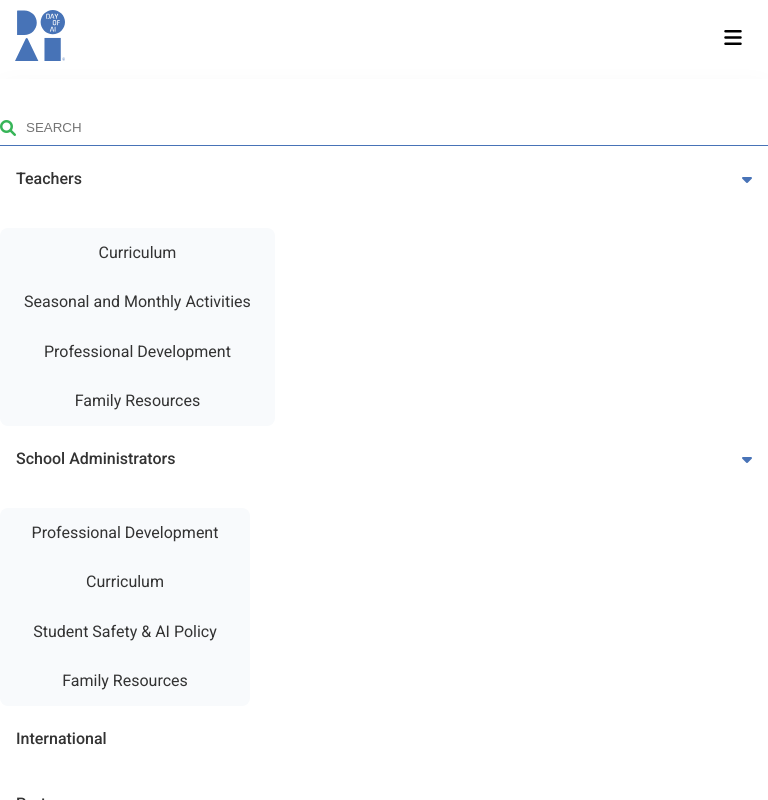
Repository: dinhtri123/dayofai
Page: index.html
These files come from the project's save history. The page is drawn as it stood at one moment and after the next save; the edit follows.
The browser window is 768 px wide. The pictures show the window.
A layer covers the whole window, so only the first screen is drawn. Some web fonts or font styles are not loaded; a fallback is used.

Above is the page before, as saved 2025-06-28 16:59:17.

### index.html
<!DOCTYPE html>
<html lang="en">

<head>
  <meta charset="UTF-8">
  <meta name="viewport" content="width=device-width, initial-scale=1.0">
  <title>Day of AI - AI is for everyone</title>
  <link rel="stylesheet" href="styles.css">
  <link rel="preconnect" href="https://fonts.googleapis.com">
  <link rel="preconnect" href="https://fonts.gstatic.com" crossorigin>
  <link href="https://fonts.googleapis.com/css2?family=Gugi&family=Roboto:ital,wght@0,100..900;1,100..900&display=swap" rel="stylesheet">
  <link rel="stylesheet" href="https://cdnjs.cloudflare.com/ajax/libs/font-awesome/6.0.0/css/all.min.css">
</head>

<body>
  <!-- Header -->
  <header class="header">
    <nav class="navbar container">
      <div class="nav-container">
        <div class="nav-logo">
          <img src="./images/logo.svg" alt="Day of AI Logo">
        </div>

        <div class="header-main">
          <div class="header-search">
            <i class="fa-solid fa-magnifying-glass"></i>
            <input type="search" name="search" id="search" placeholder="SEARCH">
          </div>
          <div class="header-menu">
            <ul class="nav-menu">
              <li class="nav-item dropdown">
                <a href="#" class="nav-link">Teachers <i class="fa-solid fa-caret-down"></i></a>
                <ul class="dropdown-menu">
                  <li><a href="#">Curriculum</a></li>
                  <li><a href="#">Seasonal and Monthly Activities</a></li>
                  <li><a href="#">Professional Development</a></li>
                  <li><a href="#">Family Resources</a></li>
                </ul>
              </li>
              <li class="nav-item dropdown">
                <a href="#" class="nav-link">School Administrators <i class="fa-solid fa-caret-down"></i></a>
                <ul class="dropdown-menu">
                  <li><a href="#">Professional Development</a></li>
                  <li><a href="#">Curriculum</a></li>
                  <li><a href="#">Student Safety & AI Policy</a></li>
                  <li><a href="#">Family Resources</a></li>
                </ul>
              </li>
              <li class="nav-item">
                <a href="#" class="nav-link">International</a>
              </li>
              <li class="nav-item">
                <a href="#" class="nav-link">Partners</a>
              </li>
              <li class="nav-item dropdown">
                <a href="#" class="nav-link">About Us <i class="fa-solid fa-caret-down"></i></a>
                <ul class="dropdown-menu">
                  <li><a href="#">Our Team</a></li>
                  <li><a href="#">Our Story</a></li>
                  <li><a href="#">FAQ</a></li>
                  <li><a href="#">News & Impact</a></li>
                </ul>
              </li>
              <li class="nav-item">
                <a href="#" class="nav-link">Contact Us</a>
              </li>
            </ul>
            <div class="nav-buttons">
              <button class="btn btn-primary">Register</button>
            </div>
          </div>
        </div>


        <div class="hamburger">
          <span class="icon-menu">
            <i class="fa-solid fa-bars"></i>
          </span>
          <span class="icon-close">
            <i class="fa-solid fa-xmark"></i>
          </span>
        </div>
      </div>
    </nav>
  </header>

  <!-- Hero Section -->
  <section class="hero">
    <div class="container">
      <div class="hero-content">
        <h1 class="hero-title">AI is for everyone.</h1>
        <p class="hero-subtitle">Empower your school and your students to thrive in a world of AI!</p>
        <div class="hero-banner">
          <div class="banner-content">
            <h3>Day of AI + Common Sense Media Have Teamed Up for Families!</h3>
            <button class="btn btn-primary">Learn More</button>
          </div>
        </div>
      </div>
    </div>
  </section>

  <!-- Main Content Section -->
  <section class="main-content">
    <div class="container">
      <div class="content-grid">
        <div class="content-item">
          <h2>Day of AI isn't just one day</h2>
          <p>—it's your day to explore AI whenever it fits your schedule! Whether a single lesson or a full event, Day
            of AI can be run at your school over a day, week, month, or year. Feel free to contact us to help you decide
            how to bring AI literacy to your students!</p>
        </div>

        <div class="content-item">
          <h2>We work with schools and school districts to:</h2>
          <div class="services-grid">
            <div class="service-card">
              <h3>Create AI literacy programs for all school stakeholders, including students, teachers, administrators,
                and families.</h3>
            </div>
            <div class="service-card">
              <h3>Train and educate teachers on how to use AI and AI-enabled tools to support their work.</h3>
            </div>
            <div class="service-card">
              <h3>Ensure student safety by developing responsible and equitable AI policies in their school.</h3>
            </div>
          </div>
        </div>
      </div>
    </div>
  </section>

  <!-- Features Section -->
  <section class="features">
    <div class="container">
      <div class="features-grid">
        <div class="feature-card">
          <div class="feature-icon">
            <i class="fas fa-book"></i>
          </div>
          <h3>Curriculum</h3>
          <p>We provide an extensive set of hands-on freely available AI literacy curriculum for K12 students of all
            backgrounds and abilities.</p>
        </div>

        <div class="feature-card">
          <div class="feature-icon">
            <i class="fas fa-graduation-cap"></i>
          </div>
          <h3>Professional Development</h3>
          <p>We offer a number of professional development opportunities for teachers and schools interested in learning
            more about using AI and basic AI literacy for their various constituents.</p>
        </div>

        <div class="feature-card">
          <div class="feature-icon">
            <i class="fas fa-shield-alt"></i>
          </div>
          <h3>Student Safety and AI Policy</h3>
          <p>We work with schools and school districts in providing guidance on developing appropriate AI policies
            customized for specific school needs and families.</p>
        </div>
      </div>
    </div>
  </section>

  <!-- About Section -->
  <section class="about">
    <div class="container">
      <div class="about-content">
        <h2>Our Story</h2>
        <p>Day of AI brings free and open-source AI tools, curriculum, assessments, and teacher professional development
          materials developed by MIT RAISE to students and educators everywhere.</p>

        <div class="mit-section">
          <h3>Powered by MIT RAISE</h3>
          <p>Day of AI was born at MIT in June 2021. Led by a team of faculty and research scientists at MIT
            RAISE…..(more)</p>
        </div>

        <div class="partners-section">
          <h3>Our Collaborators and Partners</h3>
          <div class="partners-grid">
            <div class="partner-logo">Partner 1</div>
            <div class="partner-logo">Partner 2</div>
            <div class="partner-logo">Partner 3</div>
            <div class="partner-logo">Partner 4</div>
          </div>
        </div>
      </div>
    </div>
  </section>

  <!-- CTA Section -->
  <section class="cta">
    <div class="container">
      <div class="cta-content">
        <h2>Bring Day of AI to Your School or School District</h2>
        <div class="cta-buttons">
          <button class="btn btn-primary">Register</button>
          <button class="btn btn-secondary">Learn More</button>
        </div>
      </div>
    </div>
  </section>

  <!-- Footer -->
  <footer class="footer">
    <div class="container">
      <div class="footer-content">
        <div class="footer-section">
          <p>&copy; 2025, Day of AI. All Rights Reserved.</p>
          <div class="footer-links">
            <a href="#">Privacy Policy</a>
            <a href="#">Accessibility</a>
            <a href="#">Terms of Use</a>
            <a href="#">Boston Web Design</a>
          </div>
        </div>

        <div class="footer-legal">
          <p>Unless stated otherwise, the DAY OF AI curriculum is licensed under a Creative Commons
            Attribution-NonCommercial-ShareAlike 4.0 International License (the "DAY OF AI Creative Commons license").
            The DAY OF AI Creative Commons license does not include a license to use the trademarks and service marks,
            DAY OF AI, DAY OF AI (and Design), the DAY OF AI logo, MASSACHUSETTS INSTITUTE OF TECHNOLOGY, MIT, the MIT
            logo, MIT RAISE, RAISE, or any other trademarks, service marks, or other intellectual property, owned by, or
            associated with, Massachusetts Institute of Technology, and such use is expressly excluded. DAY OF AI, DAY
            OF AI (and Design), and the DAY OF AI logo are trademarks and service marks of MASSACHUSETTS INSTITUTE OF
            TECHNOLOGY. All rights are reserved.</p>
        </div>

        <div class="footer-translate">
          <button class="translate-btn">Translate »</button>
        </div>
      </div>
    </div>
  </footer>

  <script src="script.js"></script>
</body>

</html>

### styles.css
:root {
  --font-family: "Roboto", sans-serif;
  --font-secondary: "Gugi", cursive;
  --color-primary: #4873b7;
  --color-secondary: #37b558;
  --color-third: #f26739;
}
* {
  margin: 0;
  padding: 0;
  box-sizing: border-box;
}

body {
  font-family: var(--font-family);
  line-height: 1.6;
  color: #333;
  overflow-x: hidden;
}

.container {
  max-width: 1170px;
  margin: 0 auto;
  padding: 0 15px;
}

/* Header Styles */
.header {
  background: #fff;
  box-shadow: 0 2px 10px rgba(0, 0, 0, 0.1);
  position: fixed;
  top: 0;
  width: 100%;
  z-index: 1000;
}
.header-main {
  display: flex;
  flex-direction: column;
  flex: 1;
}
.header-search {
  display: flex;
  align-items: center;
  justify-content: end;
  border-bottom: 1px solid var(--color-primary);
  height: 35px;
}
.header-search input {
  border: none;
  outline: none;
  width: 100px;
  max-width: 300px;
  height: 100%;
  padding: 0 10px;
  transition: width 1s linear;
}
.header-search i {
  color: var(--color-secondary);
}

.navbar {
  padding: 10px 15px;
}

.nav-container {
  display: flex;
  justify-content: space-between;
  align-items: center;
}
.nav-logo {
  max-width: 160px;
  width: 100%;
  height: auto;
}

.nav-logo img {
  max-width: 90px;
  width: 100%;
  height: auto;
}

.header-menu {
  display: flex;
  align-items: center;
  justify-content: end;
  flex-wrap: wrap;
}
.nav-menu {
  display: flex;
  list-style: none;
  align-items: center;
}

.nav-item {
  position: relative;
}

.nav-link {
  text-decoration: none;
  color: #333;
  font-weight: 500;
  padding: 20px 16px;
  transition: color 0.3s ease;
  display: flex;
  align-items: center;
  gap: 5px;
}

.nav-link:hover {
  color: #2563eb;
}
.nav-link i {
  color: var(--color-primary);
}

.dropdown-menu {
  position: absolute;
  top: 100%;
  left: 0;
  background: #fff;
  box-shadow: 0 4px 20px rgba(0, 0, 0, 0.15);
  border-radius: 8px;
  min-width: 250px;
  width: max-content;
  opacity: 0;
  visibility: hidden;
  transform: translateY(-10px);
  transition: all 0.3s ease;
  list-style: none;
  overflow: hidden;
}

.dropdown:hover .dropdown-menu {
  opacity: 1;
  visibility: visible;
  transform: translateY(0);
}

.dropdown-menu li a {
  display: block;
  padding: 0.75rem 1.5rem;
  color: #333;
  text-decoration: none;
  transition: background-color 0.2s ease;
}

.dropdown-menu li a:hover {
  background-color: var(--color-primary);
  color: #fff;
}

.btn {
  display: flex;
  align-items: center;
  margin-left: 24px;
  font-family: var(--font-secondary);
  background-color: var(--color-secondary);
  color: #fff;
  padding: 0px 32px;
  border-radius: 30px;
  min-height: 45px;
  text-transform: uppercase;
  border: none;
  line-height: 1;
  font-size: 16px;
  transition: all 0.3s ease;
}
.btn-primary {
  background-color: var(--color-secondary);
}
.btn-primary:hover {
  background-color: var(--color-third);
}
.btn-secondary {
  background-color: var(--color-third);
  color: white;
}
.btn-secondary:hover {
  background-color: var(--color-secondary);
}
.bth-third {
  background: transparent;
  color: white;
  border: 1px solid white;
}
.bth-third:hover {
  background-color: var(--color-secondary);
}
.hamburger {
  display: none;
  flex-direction: column;
  cursor: pointer;
}
.hamburger i {
  font-size: 20px;
  color: black;
}

/* Hero Section */
.hero {
  background: linear-gradient(135deg, #667eea 0%, #764ba2 100%);
  color: #fff;
  padding: 120px 0 80px;
  text-align: center;
}

.hero-content {
  max-width: 800px;
  margin: 0 auto;
}

.hero-title {
  font-size: 3.5rem;
  font-weight: 700;
  margin-bottom: 1.5rem;
  line-height: 1.2;
}

.hero-subtitle {
  font-size: 1.25rem;
  margin-bottom: 3rem;
  opacity: 0.9;
}

.hero-banner {
  background: rgba(255, 255, 255, 0.1);
  backdrop-filter: blur(10px);
  border-radius: 16px;
  padding: 2rem;
  margin-top: 2rem;
  border: 1px solid rgba(255, 255, 255, 0.2);
}

.banner-content h3 {
  font-size: 1.5rem;
  margin-bottom: 1.5rem;
}

/* Main Content Section */
.main-content {
  padding: 80px 0;
  background: #f8fafc;
}

.content-grid {
  display: grid;
  gap: 4rem;
}

.content-item h2 {
  font-size: 2.5rem;
  font-weight: 600;
  margin-bottom: 1.5rem;
  color: #1e293b;
}

.content-item p {
  font-size: 1.1rem;
  color: #64748b;
  line-height: 1.8;
}

.services-grid {
  display: grid;
  grid-template-columns: repeat(auto-fit, minmax(300px, 1fr));
  gap: 2rem;
  margin-top: 2rem;
}

.service-card {
  background: #fff;
  padding: 2rem;
  border-radius: 12px;
  box-shadow: 0 4px 20px rgba(0, 0, 0, 0.08);
  transition: transform 0.3s ease, box-shadow 0.3s ease;
}

.service-card:hover {
  transform: translateY(-5px);
  box-shadow: 0 8px 30px rgba(0, 0, 0, 0.12);
}

.service-card h3 {
  font-size: 1.25rem;
  font-weight: 600;
  color: #1e293b;
  line-height: 1.4;
}

/* Features Section */
.features {
  padding: 80px 0;
  background: #fff;
}

.features-grid {
  display: grid;
  grid-template-columns: repeat(auto-fit, minmax(350px, 1fr));
  gap: 3rem;
}

.feature-card {
  text-align: center;
  padding: 2rem;
  border-radius: 16px;
  transition: transform 0.3s ease;
}

.feature-card:hover {
  transform: translateY(-5px);
}

.feature-icon {
  width: 80px;
  height: 80px;
  background: linear-gradient(135deg, #667eea 0%, #764ba2 100%);
  border-radius: 50%;
  display: flex;
  align-items: center;
  justify-content: center;
  margin: 0 auto 1.5rem;
  color: #fff;
  font-size: 2rem;
}

.feature-card h3 {
  font-size: 1.5rem;
  font-weight: 600;
  margin-bottom: 1rem;
  color: #1e293b;
}

.feature-card p {
  color: #64748b;
  line-height: 1.6;
}

/* About Section */
.about {
  padding: 80px 0;
  background: #f8fafc;
}

.about-content {
  max-width: 800px;
  margin: 0 auto;
  text-align: center;
}

.about-content h2 {
  font-size: 2.5rem;
  font-weight: 600;
  margin-bottom: 1.5rem;
  color: #1e293b;
}

.about-content p {
  font-size: 1.1rem;
  color: #64748b;
  line-height: 1.8;
  margin-bottom: 3rem;
}

.mit-section {
  background: #fff;
  padding: 2rem;
  border-radius: 12px;
  margin: 2rem 0;
  box-shadow: 0 4px 20px rgba(0, 0, 0, 0.08);
}

.mit-section h3 {
  font-size: 1.5rem;
  font-weight: 600;
  margin-bottom: 1rem;
  color: #1e293b;
}

.partners-section {
  margin-top: 3rem;
}

.partners-section h3 {
  font-size: 1.5rem;
  font-weight: 600;
  margin-bottom: 2rem;
  color: #1e293b;
}

.partners-grid {
  display: grid;
  grid-template-columns: repeat(auto-fit, minmax(200px, 1fr));
  gap: 2rem;
}

.partner-logo {
  background: #fff;
  padding: 2rem;
  border-radius: 8px;
  text-align: center;
  box-shadow: 0 2px 10px rgba(0, 0, 0, 0.1);
  font-weight: 600;
  color: #64748b;
}

/* CTA Section */
.cta {
  padding: 80px 0;
  background: linear-gradient(135deg, #667eea 0%, #764ba2 100%);
  color: #fff;
  text-align: center;
}

.cta-content h2 {
  font-size: 2.5rem;
  font-weight: 600;
  margin-bottom: 2rem;
}

.cta-buttons {
  display: flex;
  gap: 1rem;
  justify-content: center;
  flex-wrap: wrap;
}

/* Footer */
.footer {
  background: #1e293b;
  color: #fff;
  padding: 60px 0 30px;
}

.footer-content {
  display: grid;
  gap: 2rem;
}

.footer-section {
  display: flex;
  justify-content: space-between;
  align-items: center;
  flex-wrap: wrap;
  gap: 1rem;
}

.footer-links {
  display: flex;
  gap: 2rem;
  flex-wrap: wrap;
}

.footer-links a {
  color: #cbd5e1;
  text-decoration: none;
  transition: color 0.3s ease;
}

.footer-links a:hover {
  color: #fff;
}

.footer-legal {
  border-top: 1px solid #334155;
  padding-top: 2rem;
}

.footer-legal p {
  font-size: 0.9rem;
  color: #94a3b8;
  line-height: 1.6;
}

.footer-translate {
  text-align: center;
  padding-top: 2rem;
}

.translate-btn {
  background: transparent;
  color: #cbd5e1;
  border: 1px solid #475569;
  padding: 0.5rem 1rem;
  border-radius: 6px;
  cursor: pointer;
  transition: all 0.3s ease;
}

.translate-btn:hover {
  background: #475569;
  color: #fff;
}

/* Responsive Design */
@media (max-width: 768px) {
  .header-main {
    position: absolute;
    top: 100%;
    left: 0px;
    flex-direction: column;
    background-color: #fff;
    width: 100%;
    text-align: center;
    transition: 0.3s;
    box-shadow: 0 10px 27px rgba(0, 0, 0, 0.05);
    padding: 2rem 0;
  }

  .nav-menu.active {
    left: 0;
  }
  .navbar {
    padding: 10px 15px !important;
  }
  .nav-menu li {
    width: 100%;
  }
  .nav-logo img {
    max-width: 50px;
  }
  .nav-link {
    justify-content: space-between;
  }
  .header-search input {
    width: 100%;
    max-width: 100%;
  }
  .dropdown-menu {
    position: static;
    opacity: 1;
    visibility: visible;
    transform: none;
    box-shadow: none;
    background: #f8fafc;
    margin-top: 1rem;
  }

  .hamburger {
    display: flex;
    width: 40px;
    height: 40px;
    align-items: center;
    justify-content: center;
  }
  .nav-menu {
    flex-direction: column;
    width: 100%;
  }
  .header-menu {
    justify-content: start;

  }
  .icon-close {
    display: none;
  }
  .hamburger.active .icon-menu {
    display: none;
  }

  .hamburger.active .icon-close {
    display: block;
  }

  .nav-buttons {
    display: none;
  }

  .hero-title {
    font-size: 2.5rem;
  }

  .hero-subtitle {
    font-size: 1.1rem;
  }

  .content-item h2,
  .about-content h2,
  .cta-content h2 {
    font-size: 2rem;
  }

  .services-grid,
  .features-grid {
    grid-template-columns: 1fr;
  }

  .footer-section {
    flex-direction: column;
    text-align: center;
  }

  .footer-links {
    justify-content: center;
  }

  .cta-buttons {
    flex-direction: column;
    align-items: center;
  }

  .cta-buttons .btn {
    width: 100%;
    max-width: 300px;
  }
}

@media (max-width: 480px) {
  .container {
    padding: 0 15px;
  }

  .hero {
    padding: 100px 0 60px;
  }

  .hero-title {
    font-size: 2rem;
  }

  .main-content,
  .features,
  .about,
  .cta {
    padding: 60px 0;
  }

  .service-card,
  .feature-card {
    padding: 1.5rem;
  }
}

/* Animations */
@keyframes fadeInUp {
  from {
    opacity: 0;
    transform: translateY(30px);
  }
  to {
    opacity: 1;
    transform: translateY(0);
  }
}

.hero-content,
.content-item,
.feature-card,
.about-content {
  animation: fadeInUp 0.8s ease-out;
}

### script.js
// Header Search
const media = window.matchMedia("(max-width: 768px)");
if (media.matches) {
  const searchInput = document.querySelector(".header-search input");

  searchInput.addEventListener("click", () => {
    searchInput.style.width = "100%";
  });
  document.addEventListener("click", (e) => {
    if (!searchInput.contains(e.target)) {
      searchInput.style.width = "100px";
    }
  });
}

// Mobile Navigation Toggle
const hamburger = document.querySelector(".hamburger");
const headerMain = document.querySelector(".header-main");

hamburger.addEventListener("click", () => {
  hamburger.classList.toggle("active");
  headerMain.classList.toggle("active");
});

// Close mobile menu when clicking on a link
document.querySelectorAll(".nav-link").forEach((n) =>
  n.addEventListener("click", () => {
    hamburger.classList.remove("active");
    navMenu.classList.remove("active");
  })
);

// Smooth scrolling for anchor links
document.querySelectorAll('a[href^="#"]').forEach((anchor) => {
  anchor.addEventListener("click", function (e) {
    e.preventDefault();
    const target = document.querySelector(this.getAttribute("href"));
    if (target) {
      target.scrollIntoView({
        behavior: "smooth",
        block: "start",
      });
    }
  });
});

// Header background change on scroll
window.addEventListener("scroll", () => {
  const header = document.querySelector(".header");
  if (window.scrollY > 100) {
    header.style.background = "rgba(255, 255, 255, 0.95)";
    header.style.backdropFilter = "blur(10px)";
  } else {
    header.style.background = "#fff";
    header.style.backdropFilter = "none";
  }
});

// Intersection Observer for animations
const observerOptions = {
  threshold: 0.1,
  rootMargin: "0px 0px -50px 0px",
};

const observer = new IntersectionObserver((entries) => {
  entries.forEach((entry) => {
    if (entry.isIntersecting) {
      entry.target.style.opacity = "1";
      entry.target.style.transform = "translateY(0)";
    }
  });
}, observerOptions);

// Observe elements for animation
document.addEventListener("DOMContentLoaded", () => {
  const animatedElements = document.querySelectorAll(
    ".service-card, .feature-card, .content-item"
  );

  animatedElements.forEach((el) => {
    el.style.opacity = "0";
    el.style.transform = "translateY(30px)";
    el.style.transition = "opacity 0.6s ease, transform 0.6s ease";
    observer.observe(el);
  });
});

// Button click effects
document.querySelectorAll(".btn").forEach((button) => {
  button.addEventListener("click", function (e) {
    // Create ripple effect
    const ripple = document.createElement("span");
    const rect = this.getBoundingClientRect();
    const size = Math.max(rect.width, rect.height);
    const x = e.clientX - rect.left - size / 2;
    const y = e.clientY - rect.top - size / 2;

    ripple.style.width = ripple.style.height = size + "px";
    ripple.style.left = x + "px";
    ripple.style.top = y + "px";
    ripple.classList.add("ripple");

    this.appendChild(ripple);

    setTimeout(() => {
      ripple.remove();
    }, 600);
  });
});

// Add ripple effect styles
const style = document.createElement("style");
style.textContent = `
    .btn {
        position: relative;
        overflow: hidden;
    }

    .ripple {
        position: absolute;
        border-radius: 50%;
        background: rgba(255, 255, 255, 0.3);
        transform: scale(0);
        animation: ripple-animation 0.6s linear;
        pointer-events: none;
    }

    @keyframes ripple-animation {
        to {
            transform: scale(4);
            opacity: 0;
        }
    }
`;
document.head.appendChild(style);

// Form validation (if forms are added later)
function validateForm(form) {
  const inputs = form.querySelectorAll("input[required], textarea[required]");
  let isValid = true;

  inputs.forEach((input) => {
    if (!input.value.trim()) {
      input.classList.add("error");
      isValid = false;
    } else {
      input.classList.remove("error");
    }
  });

  return isValid;
}

// Lazy loading for images
if ("IntersectionObserver" in window) {
  const imageObserver = new IntersectionObserver((entries, observer) => {
    entries.forEach((entry) => {
      if (entry.isIntersecting) {
        const img = entry.target;
        img.src = img.dataset.src;
        img.classList.remove("lazy");
        imageObserver.unobserve(img);
      }
    });
  });

  document.querySelectorAll("img[data-src]").forEach((img) => {
    imageObserver.observe(img);
  });
}

// Search functionality (if search is added)
function performSearch(query) {
  // Implementation for search functionality
  console.log("Searching for:", query);
}

// Newsletter subscription (if added)
function subscribeNewsletter(email) {
  // Implementation for newsletter subscription
  console.log("Subscribing email:", email);
  return new Promise((resolve) => {
    setTimeout(() => {
      resolve({ success: true, message: "Successfully subscribed!" });
    }, 1000);
  });
}

// Contact form submission (if added)
async function submitContactForm(formData) {
  // Implementation for contact form submission
  console.log("Submitting contact form:", formData);
  return new Promise((resolve) => {
    setTimeout(() => {
      resolve({ success: true, message: "Message sent successfully!" });
    }, 2000);
  });
}

// Utility functions
function debounce(func, wait) {
  let timeout;
  return function executedFunction(...args) {
    const later = () => {
      clearTimeout(timeout);
      func(...args);
    };
    clearTimeout(timeout);
    timeout = setTimeout(later, wait);
  };
}

function throttle(func, limit) {
  let inThrottle;
  return function () {
    const args = arguments;
    const context = this;
    if (!inThrottle) {
      func.apply(context, args);
      inThrottle = true;
      setTimeout(() => (inThrottle = false), limit);
    }
  };
}

// Performance optimization: Debounced scroll handler
const debouncedScrollHandler = debounce(() => {
  // Any scroll-based functionality can be added here
}, 16);

window.addEventListener("scroll", debouncedScrollHandler);

// Accessibility improvements
document.addEventListener("keydown", (e) => {
  // Close mobile menu on Escape key
  if (e.key === "Escape" && navMenu.classList.contains("active")) {
    hamburger.classList.remove("active");
    navMenu.classList.remove("active");
  }
});

// Focus management for mobile menu
hamburger.addEventListener("keydown", (e) => {
  if (e.key === "Enter" || e.key === " ") {
    e.preventDefault();
    hamburger.click();
  }
});

// Add loading states to buttons
document.querySelectorAll(".btn").forEach((button) => {
  button.addEventListener("click", function () {
    if (
      this.classList.contains("btn-primary") ||
      this.classList.contains("btn-secondary")
    ) {
      const originalText = this.textContent;
      this.textContent = "Loading...";
      this.disabled = true;

      setTimeout(() => {
        this.textContent = originalText;
        this.disabled = false;
      }, 2000);
    }
  });
});

// Console welcome message
console.log(
  "%cWelcome to Day of AI! 🚀",
  "color: #2563eb; font-size: 20px; font-weight: bold;"
);
console.log(
  "%cEmpowering schools and students to thrive in a world of AI",
  "color: #64748b; font-size: 14px;"
);

After the next save:
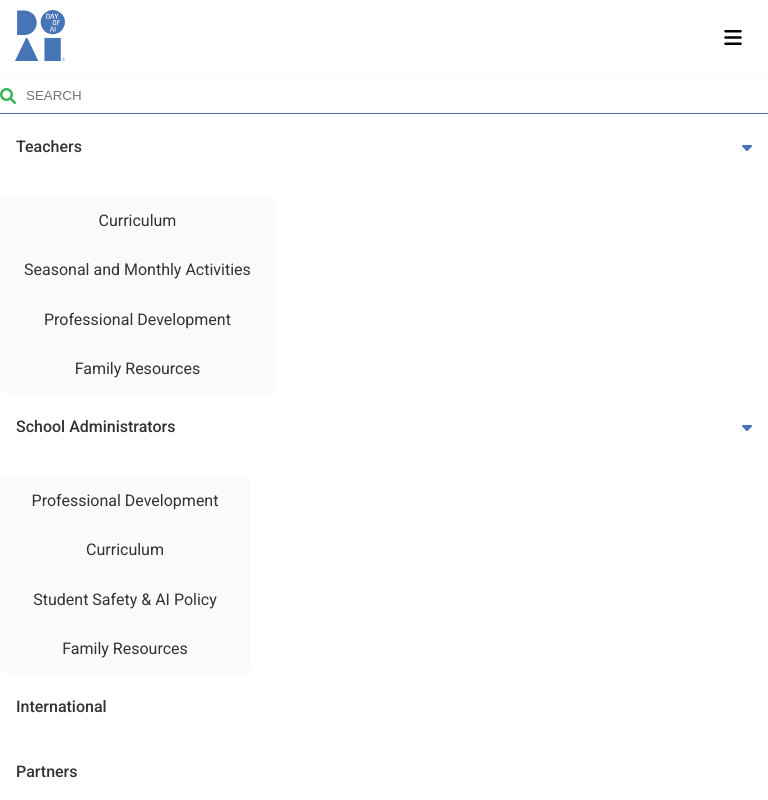
Saved 22 s later.
--- a/styles.css
+++ b/styles.css
@@ -503,7 +503,7 @@
     text-align: center;
     transition: 0.3s;
     box-shadow: 0 10px 27px rgba(0, 0, 0, 0.05);
-    padding: 2rem 0;
+
   }
 
   .nav-menu.active {
